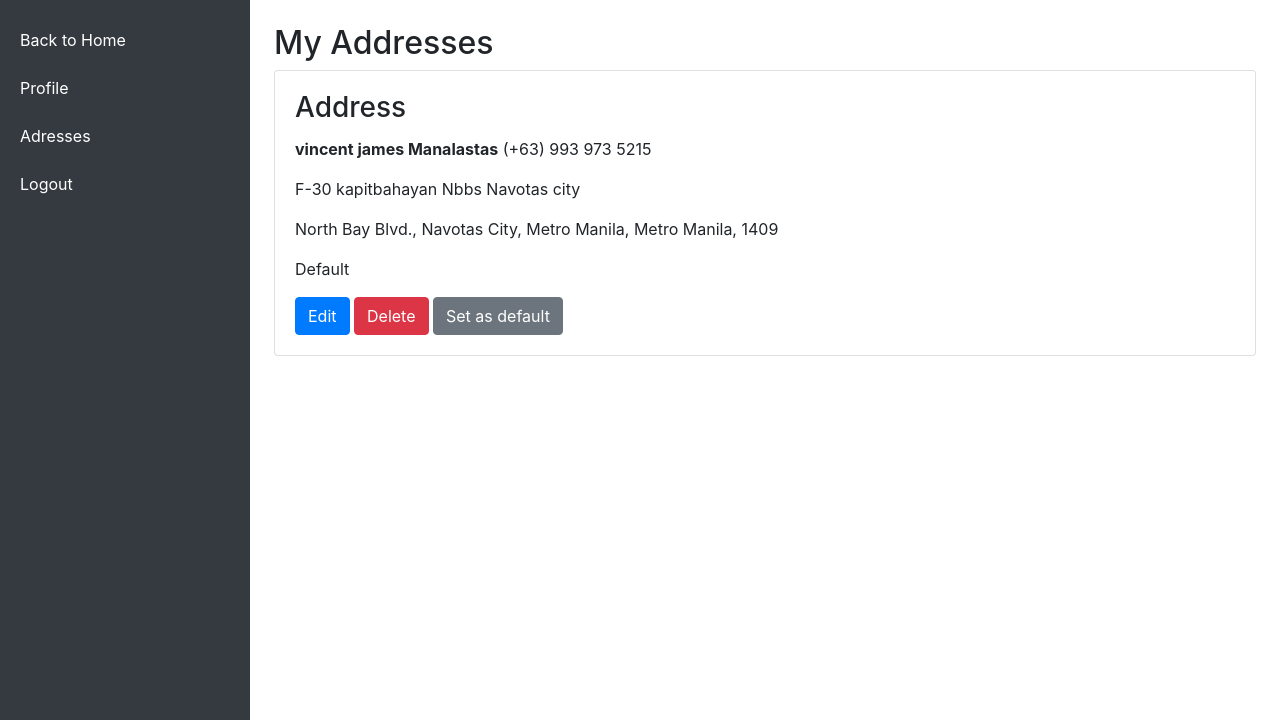
Repository: Darkrepo23/Ecommerce-Manalastas-project
Page: adress.html
An editor plug-in stored every save of this project. The page is shown before and after the next save, followed by the edit.
The browser window is 1280 px wide. The pictures show the whole page.
Some web libraries are served in a nearby version.

Above is the page before, as saved 2026-01-06 07:15:31.

### adress.html
<!DOCTYPE html>
<html lang="en">

<head>
    <meta charset="UTF-8">
    <meta name="viewport" content="width=device-width, initial-scale=1">
    <title>Responsive Sidenav</title>

    <!-- Bootstrap CSS -->
    <link href="https://cdn.jsdelivr.net/npm/bootstrap@5.3.3/dist/css/bootstrap.min.css" rel="stylesheet">
    <link rel="stylesheet" href="https://stackpath.bootstrapcdn.com/bootstrap/4.5.2/css/bootstrap.min.css">

    <style>
        /* Sidebar for desktop */
        @media (min-width: 992px) {
            .sidebar {
                width: 250px;
                height: 100vh;
                position: fixed;
                top: 0;
                left: 0;
                background: #343a40;
                padding-top: 1rem;
            }

            .content {
                margin-left: 250px;
            }
        }

        .sidebar a {
            color: #fff;
            padding: 12px 20px;
            display: block;
            text-decoration: none;
        }

        .sidebar a:hover {
            background: #495057;
        }
    </style>
</head>

<body>

    <!-- Mobile toggle button -->
    <nav class="navbar navbar-dark bg-dark d-lg-none">
        <div class="container-fluid">
            <button class="navbar-toggler" type="button" data-bs-toggle="offcanvas" data-bs-target="#mobileMenu">
                <span class="navbar-toggler-icon"></span>
            </button>
        </div>
    </nav>

    <!-- Mobile Offcanvas -->
    <div class="offcanvas offcanvas-start bg-dark text-white" id="mobileMenu">
        <div class="offcanvas-header">
            <h5 class="offcanvas-title">Menu</h5>
            <button type="button" class="btn-close btn-close-white" data-bs-dismiss="offcanvas"></button>
        </div>
        <div class="offcanvas-body">
            <a href="#" class="hover-blue">Back to Home</a>

            <a href="#">Profile</a>
            <a href="#">Adresses</a>
            <a href="#">Logout</a>
        </div>
    </div>

    <!-- Desktop Sidebar -->
    <div class="sidebar d-none d-lg-block">
        <a href="#" class="hover-blue">Back to Home</a>
        <a href="#">Profile</a>
        <a href="#">Adresses</a>
        <a href="#">Logout</a>
    </div>

    <!-- MAIN CONTENT -->
    <div class="content p-4">
        <div>
            <h2>My Addresses</h2>

            <div class="card">
                <div class="card-body">
                    <h3 class="card-title">Address</h3>
                    <p class="card-text"><strong>vincent james Manalastas</strong> (+63) 993 973 5215</p>
                    <p class="card-text">F-30 kapitbahayan Nbbs Navotas city</p>
                    <p class="card-text">North Bay Blvd., Navotas City, Metro Manila, Metro Manila, 1409</p>
                    <p class="card-text">Default</p>
                    <button class="btn btn-primary">Edit</button>
                    <button class="btn btn-danger">Delete</button>
                    <button class="btn btn-secondary">Set as default</button>
                </div>
            </div>

        </div>
    </div>

    <!-- Bootstrap JS -->
    <script src="https://cdn.jsdelivr.net/npm/bootstrap@5.3.3/dist/js/bootstrap.bundle.min.js"></script>
    <script src="https://code.jquery.com/jquery-3.5.1.slim.min.js"></script>
    <script src="https://cdn.jsdelivr.net/npm/@popperjs/core@2.5.3/dist/umd/popper.min.js"></script>
    <script src="https://stackpath.bootstrapcdn.com/bootstrap/4.5.2/js/bootstrap.min.js"></script>
</body>

</html>

After the next save:
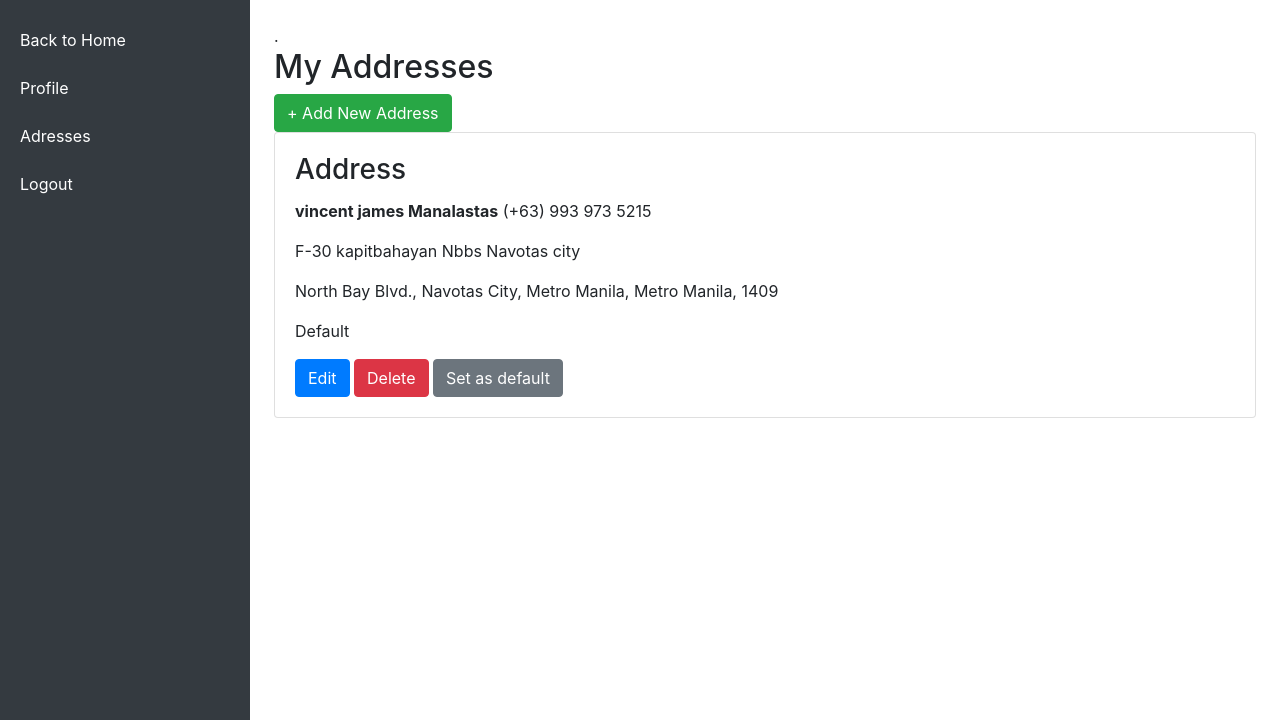
Saved 11 s later.
--- a/adress.html
+++ b/adress.html
@@ -78,8 +78,9 @@
     <!-- MAIN CONTENT -->
     <div class="content p-4">
         <div>
+            .
             <h2>My Addresses</h2>
-
+            <button class="btn btn-success">+ Add New Address</button>
             <div class="card">
                 <div class="card-body">
                     <h3 class="card-title">Address</h3>
